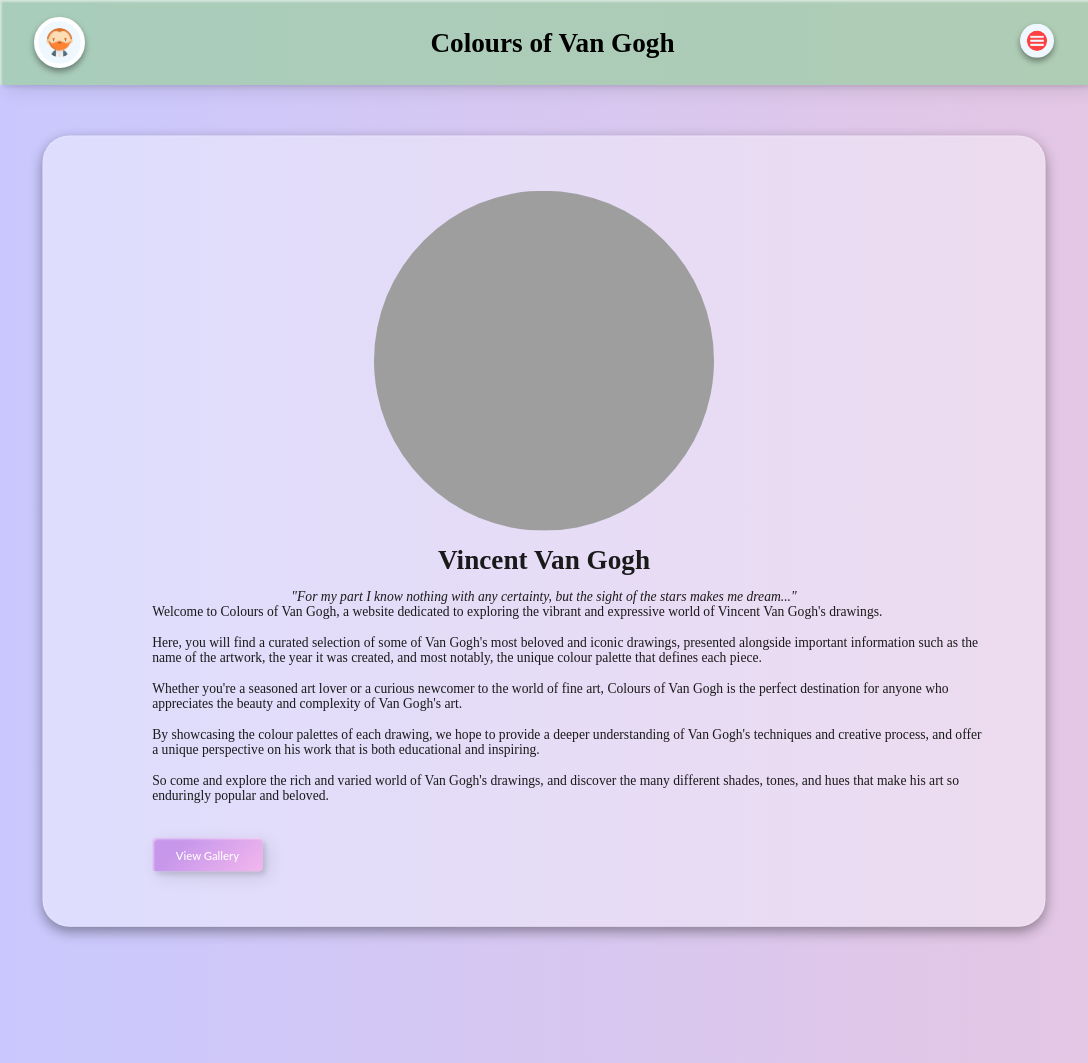
Repository: KayceeNguyen/DAI_Assignment02_ColoursOfVanGogh
Page: /
An editor plug-in stored every save of this project. The page is shown before and after the next save, followed by the edit.
The browser window is 1280 px wide. The pictures show the whole page, at 85% of full size.
Pictures or frames that could not be fetched are drawn as grey boxes. Some web fonts or font styles are not loaded; a fallback is used. The project was rebuilt for these pictures with package versions that can differ from the ones it lists, and the page was loaded fresh each time. The framework's server and built-in components were replaced by stand-ins that run in the browser. Also part of the build but not shown: next.config.js, comp/sortingBtn.js.

Above is the page before, as saved 2023-02-20 23:38:17.

### pages/index.js
import Head from 'next/head'
import Image from 'next/image'
// import { Inter } from '@next/font/google'
// import { GFS_Didot } from '@next/font/google'
import styles from '@/styles/Home.module.css'
import record from '../data/colours.json'
import Navigation from '@/comp/navBar'
import HeaderBar from '@/comp/header'
import SortingDropdown from '@/comp/sortingBtn'
import Router, { useRouter } from "next/router"
import React, { useState } from 'react'


// const inter = Inter({ subsets: ['latin'] })

export default function Home() {
  const r = useRouter();

  return (
    <>
      <Head>
        <title>Colours of Van Gogh Home</title>
        <meta name="description" content="Welcome to Colours of Van Gogh, a website dedicated to exploring the vibrant and expressive world of Vincent Van Gogh's drawings." />
        <meta name="viewport" content="width=device-width, initial-scale=1" />
        <link rel="icon" href="/020-vincent-van-gogh.png" />
        <link rel="preconnect" href="https://fonts.googleapis.com" />
        <link rel="preconnect" href="https://fonts.gstatic.com" crossorigin />
        <link href="https://fonts.googleapis.com/css2?family=GFS+Didot&display=swap" rel="stylesheet" />
      </Head>

      <HeaderBar />

      <main className={styles.mainHome}>
        <div className={styles.bigCont}>
          <div className={styles.overlay}>
            <div className={styles.portraitCont}>
              <img
                  className={styles.portrait}
                  src="https://uploads5.wikiart.org/images/vincent-van-gogh/self-portrait-dedicated-to-paul-gauguin-1888.jpg!Large.jpg"
                  width={400}
                  height={400}
              />
              <h1>Vincent Van Gogh</h1>
              <p>"For my part I know nothing with any certainty, but the sight of the stars makes me dream..."</p>
            </div>

            <div className={styles.contentCont}>
              <div className={styles.contentTxt}>
                <p>Welcome to Colours of Van Gogh, a website dedicated to exploring the vibrant and expressive world of Vincent Van Gogh's drawings.

                  <br></br>
                  <br></br>

                  Here, you will find a curated selection of some of Van Gogh's most beloved and iconic drawings, presented alongside important information such as the name of the artwork, the year it was created, and most notably, the unique colour palette that defines each piece.

                  <br></br>
                  <br></br>

                  Whether you're a seasoned art lover or a curious newcomer to the world of fine art, Colours of Van Gogh is the perfect destination for anyone who appreciates the beauty and complexity of Van Gogh's art.

                  <br></br>
                  <br></br>

                  By showcasing the colour palettes of each drawing, we hope to provide a deeper understanding of Van Gogh's techniques and creative process, and offer a unique perspective on his work that is both educational and inspiring.

                  <br></br>
                  <br></br>

                  So come and explore the rich and varied world of Van Gogh's drawings, and discover the many different shades, tones, and hues that make his art so enduringly popular and beloved.</p>
              </div>

              <button
                className={styles.customBtn}
                onClick={
                  ()=>r.push("/gallery")}

              >View Gallery</button>
            </div>


            {/* <div className={styles.customBtn}>

            </div> */}


          </div>




          {/* <div className={styles.backgroundCont}>
            <div className={styles.stars}></div>
            <div className={styles.twinkling}></div>
            <div className={styles.clouds}></div>
          </div> */}

        </div>





      </main>
    </>
  )
}

### styles/Home.module.css
.main {
  display: flex;
  flex-direction: column;
  /* justify-content: space-between; */
  align-items: flex-start;
  padding: 10rem;
  min-height: 100vh;
  font-family: 'GFS Didot', serif;
  background: linear-gradient(90deg, #c9c8fe, #ffc5ca);
  background-size: 200% 100%; /* Increase the size of the gradient */
  animation: Gradient 10s ease infinite; /* Animate the gradient */
  -webkit-animation: Gradient 8s ease infinite;
	-moz-animation: Gradient 8s ease infinite;
}

@-webkit-keyframes Gradient {
  0%{background-position:0% 50%}
  50%{background-position:100% 50%}
  100%{background-position:0% 50%}
}
@-moz-keyframes Gradient {
  0%{background-position:0% 50%}
  50%{background-position:100% 50%}
  100%{background-position:0% 50%}
}
@keyframes Gradient {
  0%{background-position:0% 50%}
  50%{background-position:100% 50%}
  100%{background-position:0% 50%}
}



.description {
  display: inherit;
  justify-content: inherit;
  align-items: inherit;
  font-size: 0.85rem;
  max-width: var(--max-width);
  width: 100%;
  z-index: 2;
  font-family: var(--font-mono);
}

.description a {
  display: flex;
  justify-content: center;
  align-items: center;
  gap: 0.5rem;
}

.description p {
  position: relative;
  margin: 0;
  padding: 1rem;
  background-color: rgba(var(--callout-rgb), 0.5);
  border: 1px solid rgba(var(--callout-border-rgb), 0.3);
  border-radius: var(--border-radius);
}

.code {
  font-weight: 700;
  font-family: var(--font-mono);
}

.grid {
  display: grid;
  grid-template-columns: repeat(4, minmax(25%, auto));
  width: var(--max-width);
  max-width: 100%;
}

.card {
  padding: 1rem 1.2rem;
  border-radius: var(--border-radius);
  background: rgba(var(--card-rgb), 0);
  border: 1px solid rgba(var(--card-border-rgb), 0);
  transition: background 200ms, border 200ms;
}

.card span {
  display: inline-block;
  transition: transform 200ms;
}

.card h2 {
  font-weight: 600;
  margin-bottom: 0.7rem;
}

.card p {
  margin: 0;
  opacity: 0.6;
  font-size: 0.9rem;
  line-height: 1.5;
  max-width: 30ch;
}

.center {
  display: flex;
  justify-content: center;
  align-items: center;
  position: relative;
  padding: 4rem 0;
}

.center::before {
  background: var(--secondary-glow);
  border-radius: 50%;
  width: 480px;
  height: 360px;
  margin-left: -400px;
}

.center::after {
  background: var(--primary-glow);
  width: 240px;
  height: 180px;
  z-index: -1;
}

.center::before,
.center::after {
  content: '';
  left: 50%;
  position: absolute;
  filter: blur(45px);
  transform: translateZ(0);
}

.logo,
.thirteen {
  position: relative;
}

.thirteen {
  display: flex;
  justify-content: center;
  align-items: center;
  width: 75px;
  height: 75px;
  padding: 25px 10px;
  margin-left: 16px;
  transform: translateZ(0);
  border-radius: var(--border-radius);
  overflow: hidden;
  box-shadow: 0px 2px 8px -1px #0000001a;
}

.thirteen::before,
.thirteen::after {
  content: '';
  position: absolute;
  z-index: -1;
}

/* Conic Gradient Animation */
.thirteen::before {
  animation: 6s rotate linear infinite;
  width: 200%;
  height: 200%;
  background: var(--tile-border);
}

/* Inner Square */
.thirteen::after {
  inset: 0;
  padding: 1px;
  border-radius: var(--border-radius);
  background: linear-gradient(
    to bottom right,
    rgba(var(--tile-start-rgb), 1),
    rgba(var(--tile-end-rgb), 1)
  );
  background-clip: content-box;
}

/* Enable hover only on non-touch devices */
@media (hover: hover) and (pointer: fine) {
  .card:hover {
    background: rgba(var(--card-rgb), 0.1);
    border: 1px solid rgba(var(--card-border-rgb), 0.15);
  }

  .card:hover span {
    transform: translateX(4px);
  }
}

@media (prefers-reduced-motion) {
  .thirteen::before {
    animation: none;
  }

  .card:hover span {
    transform: none;
  }
}

/* Mobile */
@media (max-width: 600px) {
  .content {
    padding: 4rem;
  }

  .grid {
    grid-template-columns: 1fr;
    margin-bottom: 120px;
    max-width: 320px;
    text-align: center;
  }

  .card {
    padding: 1rem 2.5rem;
  }

  .card h2 {
    margin-bottom: 0.5rem;
  }

  .center {
    padding: 8rem 0 6rem;
  }

  .center::before {
    transform: none;
    height: 300px;
  }

  .description {
    font-size: 0.8rem;
  }

  .description a {
    padding: 1rem;
  }

  .description p,
  .description div {
    display: flex;
    justify-content: center;
    position: fixed;
    width: 100%;
  }

  .description p {
    align-items: center;
    inset: 0 0 auto;
    padding: 2rem 1rem 1.4rem;
    border-radius: 0;
    border: none;
    border-bottom: 1px solid rgba(var(--callout-border-rgb), 0.25);
    background: linear-gradient(
      to bottom,
      rgba(var(--background-start-rgb), 1),
      rgba(var(--callout-rgb), 0.5)
    );
    background-clip: padding-box;
    backdrop-filter: blur(24px);
  }

  .description div {
    align-items: flex-end;
    pointer-events: none;
    inset: auto 0 0;
    padding: 2rem;
    height: 200px;
    background: linear-gradient(
      to bottom,
      transparent 0%,
      rgb(var(--background-end-rgb)) 40%
    );
    z-index: 1;
  }
}

/* Tablet and Smaller Desktop */
@media (min-width: 701px) and (max-width: 1120px) {
  .grid {
    grid-template-columns: repeat(2, 50%);
  }
}

@media (prefers-color-scheme: dark) {
  .vercelLogo {
    filter: invert(1);
  }

  .logo,
  .thirteen img {
    filter: invert(1) drop-shadow(0 0 0.3rem #ffffff70);
  }
}

@keyframes rotate {
  from {
    transform: rotate(360deg);
  }
  to {
    transform: rotate(0deg);
  }
}





/**************** GALLERY STYLING ****************/




.descriptionPara {
  display: flex;
  justify-content: center;
  align-items: center;
  min-height: 0;
  padding-top: 10em;
  font-style: italic;
  background-color: transparent;
}


.main {

  width: 100vw;
  display: grid;
  grid-template-columns: 1fr 1fr 1fr;
	grid-gap: 20px;
  text-align: center;
  justify-content: center;
  color: #1a1a1a;
}

.contentContainer {
  padding-top: 8em;
  cursor:pointer;
  width: 400px;
  height: 100%;
  display: flex;
  flex-direction: row;
  flex-wrap: wrap;
}

.imgContentWrap > img {
  max-width: 100%;
  height: 400px;
}

.flipCard {
  box-shadow: 0 0.1rem 0 0 rgba(0, 0, 0, 0.1);
  margin: 0 auto;
  max-width: 100vw;
  padding-bottom: 70px;
  padding-top: 2em;


  width: 100%;
  height: 100%;
  max-width: 1000px;
  max-height: 600px;
  padding: 2rem 2rem;


  /* background: rgba(255, 255, 255, 0.833);
  box-shadow: 0 0.75rem 2rem 0 rgba(0, 0, 0, 0.3);
  border-radius: 2rem;
  border: 1px solid rgba(255, 255, 255, 0.3); */
}

.flipCard {
  background: rgba(255, 255, 255, 0.833);
  box-shadow: 0 0.75rem 2rem 0 rgba(0, 0, 0, 0.3);
  border-radius: 2rem;
  border: 1px solid rgba(255, 255, 255, 0.3);
}

.flipCard:hover {
  box-shadow: 0 0.75rem 2rem 0 rgba(114, 206, 128, 0.7);
  border: 1px solid rgba(114, 206, 128, 0.7);
}

.contentGroup {
  padding-top: 2em;
}

.colourGroupOne, .colourGroupTwo {
  padding-top: 1em;
  display: inline-flex;
  justify-content: center;
  align-items: flex-end;
  align-content: center;
  text-align: center;
  color: #1a1a1a;
  font-size: 12px;

}

.year {
  padding-bottom: 0.8em;
}

.colourGroup .paletteColor {
  width: 6em;
  height: 6em;
  margin: 15px;
  /* padding: 1em 0; */
  box-shadow: 0 3px 2px 0 rgba(137, 137, 137, 0.6);
}


.colourCont {
  display: flex;
  flex-direction: column;
  align-items: center;
  justify-content: flex-start;
}





/**************** NAVBAR STYLING ****************/





.navbar {
  transition: all 2s ease-in-out;
}

.menuOpen {
  background: linear-gradient(90deg, #cfecd0d7, #ffc5cad4);
  width: 25%;
  height: 100%;
  color:  #1a1a1a;


  /* transform: translateX(200%); */
  display: flex;
  flex-direction: column;
  align-items: flex-end;
  align-content: flex-end;
  list-style: none;
  text-align: center;
  position: fixed;
  padding: 4em;
  right: 0;
  top: 0;
  transition: all 2s ease-in-out;
}

/* .navbar > .menuOpen.active {
  transition: all 2s ease-in-out;
} */

.menuOpen > .menuItems {
  padding-top: 2em;
}

.menuItems > li {
  padding-top: 2em;
  padding-bottom: 2em;
  font-size: 28px;
  font-weight: 100;
  font-family: 'Raleway', sans-serif;
  font-size: 1.6em;


}

.menuItems > li.item > a:hover  {
  cursor: pointer;
  font-weight: 400;
  background-color: #d13426;
  letter-spacing: 10px;
  transition: all .4s;
  padding-left: 2em;
  padding-right: 2em;
  color: azure;
}




/**************** HEADER STYLING ****************/




.headerContainer {
  position: fixed;
  display: flex;
  flex-direction: row;
  align-items: center;
  justify-content: space-between;
  width: 100vw;
  height: 100px;
  background: #a0cea7c5;
  padding: 2em;
  font-family: 'GFS Didot', serif;
  font-weight: 800;
  font-family: 'DM Serif Text', serif;
  box-shadow: inset 2px 2px 2px 0px rgba(255, 255, 255, 0.5), 7px 7px 20px 0px rgba(0, 0, 0, 0.1), 4px 4px 5px 0px rgba(0, 0, 0, 0.1);
  z-index: 1;
}

.headerContainer > h1 {
  text-align: center;
  display: flex;
  justify-content: center;
  align-items: center;
  margin: 0;
  padding: 0;
}

.headerContainer > img {
  background-color: aliceblue;
  padding: 0.5em;
  margin: 0.5em;
  border-radius: 50%;
  box-sizing: border-box;
  border: 5px white solid;
  overflow: hidden;
  box-shadow: 0 4px 7px 0px rgba(0, 0, 0, 0.4);
  max-width: 80px;
  max-height: 80px;
}

.menuIcon {
  background-color: aliceblue;
  padding: 0.5em;
  margin: 0.5em;
  border-radius: 50%;
  overflow: hidden;
  box-shadow: 0 4px 7px 0px rgba(0, 0, 0, 0.4);
  max-width: 40px;
  max-height: 40px;
}

@media screen and (max-width: 1024px) {
  .headerContainer {
    padding: 1em;
  }
  .headerContainer > img {
    max-width: 60px;
    max-height: 60px;
  }
  .menuIcon {
    max-width: 30px;
    max-height: 30px;
  }
}

@media screen and (max-width: 768px) {
  .headerContainer {
    flex-direction: column;
    justify-content: center;
    height: auto;
    padding: 0.5em;
  }
  .headerContainer > img {
    max-width: 50px;
    max-height: 50px;
    margin-bottom: 0.5em;
  }
  .menuIcon {
    max-width: 25px;
    max-height: 25px;
    margin-top: 0.5em;
  }
}

@media screen and (max-width: 414px) {
  .headerContainer > h1 {
    font-size: 1.2rem;
  }
}






/**************** INDEX.JS STYLING ****************/






.mainHome {
  display: flex;
  flex-direction: column;
  justify-content: center;
  align-items: center;
  min-height: 100vh;
  padding-top: 9em;

  font-family: 'GFS Didot', serif;
  background: linear-gradient(90deg, #c9c8fe, #ffc5ca);
  background-size: 200% 100%; /* Increase the size of the gradient */
  animation: Gradient 10s ease infinite; /* Animate the gradient */
  -webkit-animation: Gradient 8s ease infinite;
	-moz-animation: Gradient 8s ease infinite;
}

@-webkit-keyframes Gradient {
  0%{background-position:0% 50%}
  50%{background-position:100% 50%}
  100%{background-position:0% 50%}
}
@-moz-keyframes Gradient {
  0%{background-position:0% 50%}
  50%{background-position:100% 50%}
  100%{background-position:0% 50%}
}
@keyframes Gradient {
  0%{background-position:0% 50%}
  50%{background-position:100% 50%}
  100%{background-position:0% 50%}
}

.customBtn {
  width: 130px;
  height: 40px;
  color: #fff;
  border-radius: 5px;
  padding: 10px 25px;
  font-family: 'Lato', sans-serif;
  font-weight: 500;
  background: transparent;
  cursor: pointer;
  transition: all 0.3s ease;
  position: relative;
  display: inline-block;
   box-shadow:inset 2px 2px 2px 0px rgba(255,255,255,.5),
   7px 7px 20px 0px rgba(0,0,0,.1),
   4px 4px 5px 0px rgba(0,0,0,.1);
  outline: none;
}

.customBtn {
  background-color: #f0ecfc;
  background-image: linear-gradient(315deg, #f3b7ee 0%, #c797eb 74%);
  line-height: 42px;
  padding: 0;
  border: none;
}

/* .customBtn:after {
  box-shadow:  4px 4px 6px 0 rgba(255,255,255,.5),
              -4px -4px 6px 0 rgba(116, 125, 136, .5),
    inset -4px -4px 6px 0 rgba(255,255,255,.2),
    inset 4px 4px 6px 0 rgba(0, 0, 0, .4);
  transition: all 0.3s ease;
} */

.customBtn:hover {
  box-shadow:  2px 2px 4px 0 rgba(255,255,255,.5),
              -2px -2px 4px 0 rgba(116, 125, 136, .5),
    inset -2px -2px 4px 0 rgba(255,255,255,.2),
    inset 2px 2px 4px 0 rgba(0, 0, 0, .4);
    transition: all 0.5s ease;
}

.customBtn:hover:after {
  left: 0;
  width: 100%;
}

.customBtn:active {
  top: 2px;
}

.bigCont {
  display: flex;
  flex-direction: row;
  justify-content: center;
  align-items: center;
  align-content: center;
}

.overlay {
  display: flex;
    justify-content: flex-start;
    align-items: center;
    height: max-content;
    flex-direction: row;

  max-width: 1200px;
  max-height: 1000px;
  padding: 4rem 4rem;

  background: rgba(255, 255, 255, 0.375);
  box-shadow: 0 0.75rem 2rem 0 rgba(0, 0, 0, 0.3);
  border-radius: 2rem;
  border: 1px solid rgba(255, 255, 255, 0.3);

  transform: translateY(5px);
	animation: float 6s ease-in-out infinite;
}

@keyframes float {
	0% {
		box-shadow: 0 5px 15px 0px rgba(0,0,0,0.4);
		transform: translatey(0px);
	}
  50% {
		box-shadow: 0 25px 15px 0px rgba(0,0,0,0.1);
		transform: translatey(-20px);
	}
  100% {
		box-shadow: 0 5px 15px 0px rgba(0,0,0,0.4);
		transform: translatey(0px);
	}
}

.portraitCont {
  display: flex;
  flex-direction: column;
  align-items: center;
  color: #1a1a1a;
  text-align: center;

}

.portraitCont > h1 {
  padding-bottom: 0.5em;
  padding-top: 0.5em;
}

.portraitCont > p {
  font-style: italic;
}

.portraitCont > img {
  border-radius: 50% 50% 50% 50%;
}

.contentCont {
  padding-left: 4em;
  color: #1a1a1a;
}

.contentTxt {
  padding-bottom: 2.5em;
}






/**************** FLIPPED STYLING ****************/





.flipCardContainer {
  width: 200px;
  height: 200px;
  perspective: 1000px;
}

.flipCard {
  position: relative;
  width: 100%;
  height: 100%;
  transform-style: preserve-3d;
  transition: transform 0.6s;

}

.flipCardFront, .flipCardBack {
  position: absolute;
  width: 100%;
  height: 100%;
}

.imgContentWrap, .colourCont {
  width: 100%;
  height: 100%;
  backface-visibility:hidden;
}

/* .imgContentWrap > img {
  visibility: collapse;
} */


.colourCont {
  transform: rotateY(180deg);
}

.flipCardFront {
  background-color: #bbb;
  color: black;
}

.colourCont {
  /* background-color: #2980b9; */
  position: relative;
  padding-top: 50%;
  transform: rotateY(180deg) translate(0%, -120%);
  /* transform: rotateY(180deg); */
}

.flipped {
  transform: rotateY(180deg);
}




/**************** SEARCH BAR STYLING ****************/



.container {
  display: flex;
  flex-direction: row;
  justify-content: center;
  align-items: center;
}

.input {
  height: 40px;
  width: 300px;
  margin-right: 10px;
  padding: 10px;
  border: none;
  border-radius: 5px;
  font-size: 16px;
  box-shadow: 0px 1px 3px rgba(0, 0, 0, 0.2);
}

.searchBtn {
  height: 40px;
  padding: 0 20px;
  border: none;
  border-radius: 5px;
  font-size: 16px;
  color: white;
  background-color: blue;
  cursor: pointer;
  box-shadow: 0px 1px 3px rgba(0, 0, 0, 0.2);
}

.searchBtn:hover {
  background-color: darkblue;
}

.Home_container {
  padding-top: 10em;
}





/**************** RESPONSIVE STYLING ****************/



@media only screen and (min-width: 1024px) {
  .mainHome {
    display: flex;
    flex-direction: row;
    justify-content: flex-start;
    align-items: center;
    height: max-content;
    padding: 4em;
  }

  .flipCard {
    position: relative;
    width: 100%;
    height: 800px;
    transform-style: preserve-3d;
    transition: transform 0.6s;
  }

  .imgContentWrap > img {
    max-width: 100%;
  }
}

@media only screen and (min-width: 768px) {
  .mainHome {
    flex-direction: column;
    justify-content: space-between;
    padding: 10em 50px;
  }

  .overlay {
    display: flex;
    flex-direction: row;
    justify-content: center;
    align-items: center;
  }

  .imgContentWrap > img {
    max-width: 100%;
  }

  .flipCard {
    position: relative;
    width: 100%;
    transform-style: preserve-3d;
    transition: transform 0.6s;
  }

  .colourCont {
    position: relative;
    transform: rotateY(180deg) translate(0%, -120%);
  }

  .colourGroupOne, .colourGroupTwo {
    display: inline-flex;
    justify-content: center;
    align-items: flex-end;
    align-content: center;
    text-align: center;
    color: #1a1a1a;
    font-size: 10px;
  }

}

@media only screen and (max-width: 767px) {
  .mainHome {
    display: flex;
    flex-direction: column;
    justify-content: center;
    padding: 10em 50px;
    flex-direction: column;
    align-content: center;
    align-items: center;
  }

  .contentContainer {
    padding-top: 4em;
    cursor: pointer;
    width: 400px;
    height: 100%;
    display: flex;
    flex-direction: row;
    flex-wrap: wrap;
  }

  .overlay {
    display: flex;
    flex-direction: column;
    justify-content: center;
    align-items: center;
  }

  .portraitCont {
    margin-bottom: 20px;
  }

  .portrait {
    width: 100%;
    height: auto;
  }

  .portraitCont > h1 {
    font-size: 24px;
  }

  .portraitCont > p {
    font-size: 16px;
  }

  .imgContentWrap > img {
    max-width: 100%;
    height: 200px;
  }

  .flipCard {
    position: relative;
    width: 100%;
    transform-style: preserve-3d;
    transition: transform 0.6s;
  }
}

@media only screen and (min-width: 414px) {
  .overlay {
    display: flex;
    flex-direction: column;
    display: flex;
    flex-direction: column;
    justify-content: flex-start;
    align-items: center;
    height: max-content;
}

.contentContainer {
  padding-top: 4em;
  cursor: pointer;
  width: 400px;
  height: 100%;
  display: flex;
  flex-direction: row;
  flex-wrap: wrap;
}

.colourCont {
  position: relative;
    width: 100%;
    height: 100%;
    display: flex;
    align-content: center;
    justify-content: center;
    align-items: center;
    flex-direction: column;

}
  }








/* media query for desktop */
@media only screen and (min-width: 1024px) {
  .main {
    grid-template-columns: repeat(3, 1fr);
    grid-gap: 30px;
  }
}



/* media query for iPad Air */
@media only screen and (min-width: 768px) and (max-width: 1023px) {
  .main {
    grid-template-columns: repeat(2, 1fr);
    grid-gap: 20px;
  }
  .contentContainer {
    width: 300px;
    height: 400px;
  }
}



/* media query for iPhone XR */
@media only screen and (max-width: 767px) {
  .main {
    grid-template-columns: repeat(1, 1fr);
    grid-gap: 10px;
  }
  .contentContainer {
    width: 100%;
    height: auto;
    padding-top: 4em;
  }
  .imgContentWrap > img {
    height: auto;
    max-width: 100%;
  }
}

Loaded but not shown: pages/_app.js (common file); pages/_document.js (common file); styles/globals.css (common file); data/colours.json (1475 lines, source omitted); comp/navBar.js (62 lines, source omitted); comp/header.js (42 lines, source omitted)

After the next save:
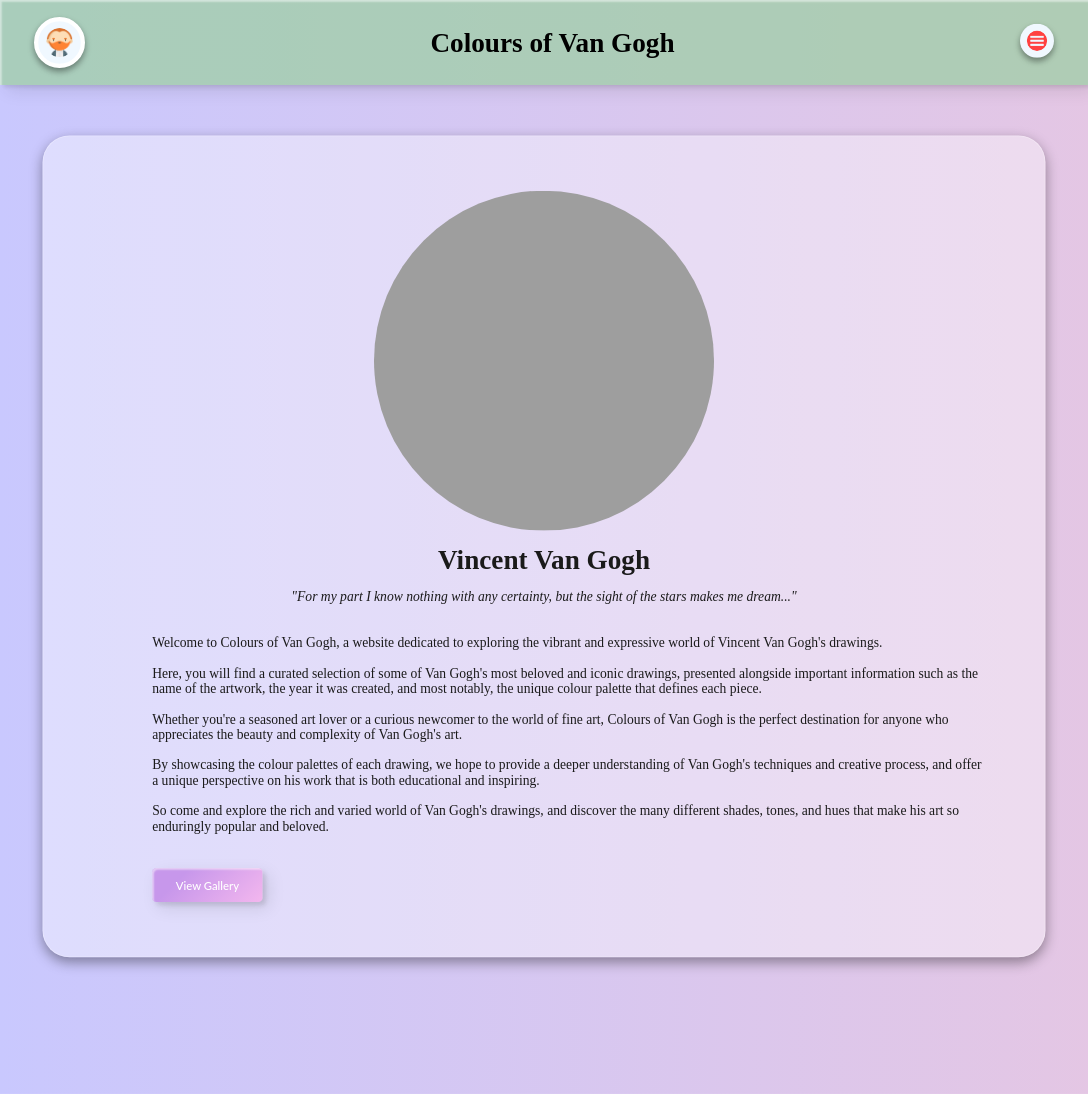
Saved 25 s later.
--- a/pages/index.js
+++ b/pages/index.js
@@ -45,6 +45,7 @@ export default function Home() {
             </div>
 
             <div className={styles.contentCont}>
+              <br></br><br></br>
               <div className={styles.contentTxt}>
                 <p>Welcome to Colours of Van Gogh, a website dedicated to exploring the vibrant and expressive world of Vincent Van Gogh's drawings.
 
